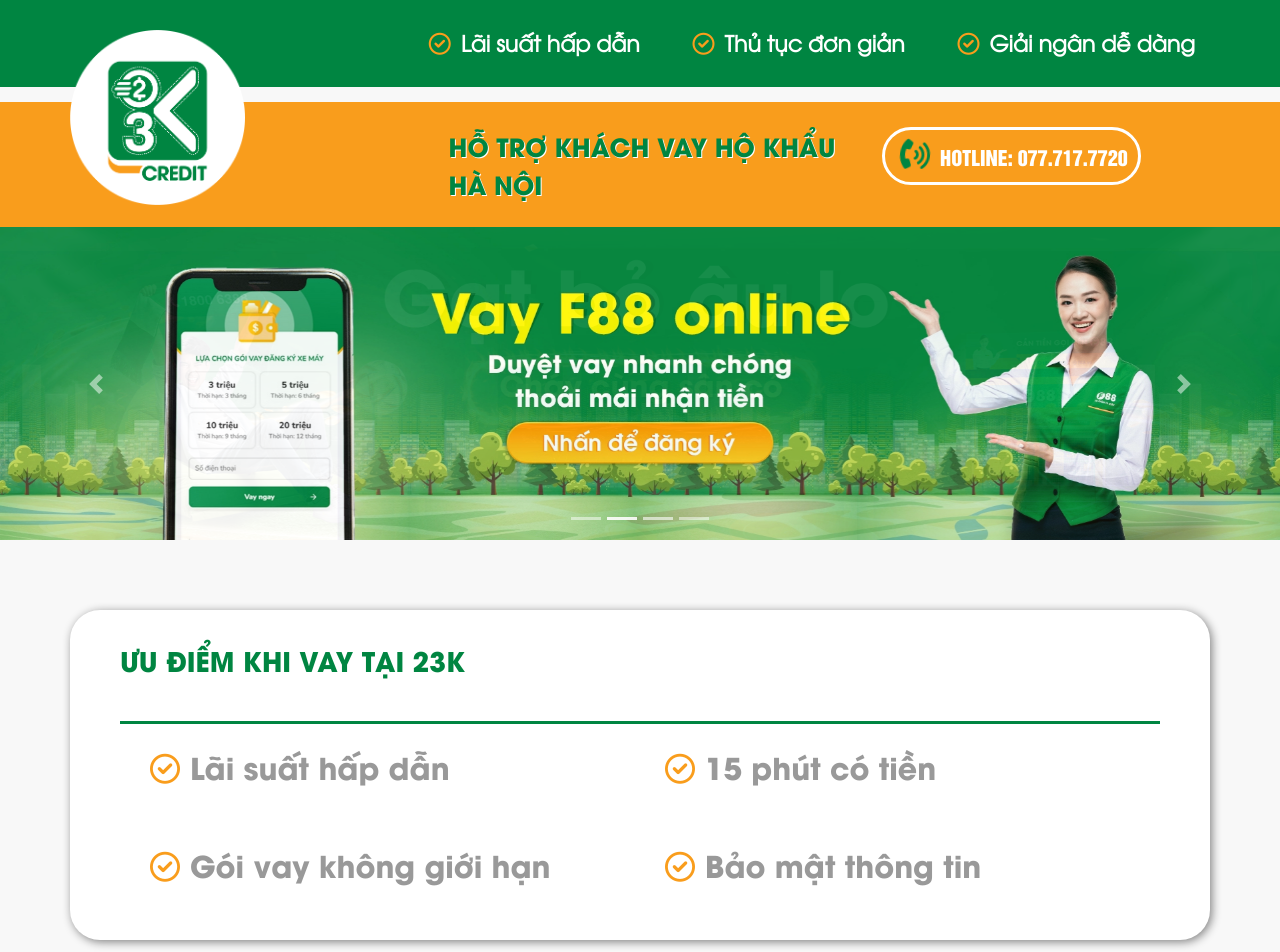
Repository: anhtu2110/23k.vn
Page: theme/index.html
An editor plug-in stored every save of this project. The page is shown before and after the next save, followed by the edit.
The browser window is 1280 px wide. The pictures show the part of the page from y = 0 to 952 px (the page is 1984 px tall).
A picture or video elsewhere on the page could not be fetched, so the positions and the page height are approximate.

Above is the page before, as saved 2022-12-29 21:35:15.

### theme/index.html
<!DOCTYPE html>
<html lang="en">

<head>
    <meta charset="UTF-8">
    <meta http-equiv="X-UA-Compatible" content="IE=edge">
    <meta name="viewport" content="width=device-width, initial-scale=1.0">
    <link rel="icon" type="image/x-icon" href="./public/images/footer_logo.png">
    <link rel="stylesheet" href="public/css/bootstrap/bootstrap-theme.css" type="text/css" />
    <link rel="stylesheet" href="public/css/bootstrap/bootstrap.css" type="text/css" />
    <link rel="stylesheet" href="public/reset.css" type="text/css" />
    <link rel="stylesheet" href="public/css/font-awesome/css/font-awesome.min.css">
    <link rel="stylesheet" href="https://cdnjs.cloudflare.com/ajax/libs/font-awesome/6.2.1/css/all.min.css">
    <link rel="stylesheet" href="public/style.css" type="text/css" />
    <link rel="stylesheet" href="public/responsive.css" type="text/css" />
    <title>23K</title>

    <script src="public/js/jquery-3.6.1.min.js"></script>
    <script src="public/js/bootstrap/bootstrap.min.js"></script>
    <script src="public/js/main.js"></script>
</head>

<body>
    <!-- test  -->
    <div id="wrapper">
        <div id="header">
            <div class="header-top">
                <div class="container">
                    <div class="logo">
                        <a href="" class="logo">
                            <img src="./public/images/LOGO.png" alt="">
                        </a>
                    </div>
                    <ul class="benefit">
                        <li class="benefit-item">Lãi suất hấp dẫn</li>
                        <li class="benefit-item">Thủ tục đơn giản </li>
                        <li class="benefit-item">Giải ngân dễ dàng</li>
                    </ul>
                </div>
            </div>
            <div class="header-bottom">
                <div class="container">
                    <div class="row">
                        <div class="col-md-1"></div>
                        <div class="col-md-6">
                            <span class="content text-uppercase">Hỗ trợ khách vay hộ khẩu hà nội</span>
                        </div>
                        <div class="col-md-5">
                            <a href="tel:0777177720" class="hotline text-decoration-none">
                                <span class="icon-phone"><i class="fa-solid fa-phone-volume animation-phone"></i></span>
                                <span>Hotline: 077.717.7720</span>
                            </a>
                        </div>
                    </div>
                    <!-- <span class="content text-uppercase">Hỗ trợ khách vay hộ khẩu hà nội</span> -->
                    <!-- <a href="tel:0777177720" class="hotline text-decoration-none">
                        <span class="icon-phone"><i class="fa-solid fa-phone-volume animation-phone"></i></span>
                        <span>Hotline: 077.717.7720</span>
                    </a> -->
                </div>
            </div>
        </div>
        <!-- END HEADER  -->
        <style>
            #banner img {
                max-width: 100%;
                height: auto;
            }
        </style>
        <div id="wp-content">
            <section class="home-banner">
                <div id="banner" class="banner carousel slide carousel-fade" data-ride="carousel">
                    <ol class="carousel-indicators">
                        <li data-target="#banner" class="active" data-slide-to="0"></li>
                        <li data-target="#banner" data-slide-to="1"></li>
                        <li data-target="#banner" data-slide-to="2"></li>
                        <li data-target="#banner" data-slide-to="3"></li>
                    </ol>
                    <div class="carousel-inner">
                        <div class="carousel-item active" data-interval="2500">
                            <a href="">
                                <img class="desktop" src="./public/images/20220511164418256-1920 x 470.jpg" alt="">
                            </a>
                        </div>
                        <div class="carousel-item" data-interval="2500">
                            <a href="">
                                <img class="desktop" src="./public/images/20221012100205330-f88 vay tiền destop.png"
                                    alt="">
                            </a>
                        </div>
                        <div class="carousel-item" data-interval="2500">
                            <a href="">
                                <img class="desktop"
                                    src="./public/images/20221118174037871-destop wc vay tiền tại f88.jpg" alt="">
                            </a>
                        </div>
                        <div class="carousel-item" data-interval="2500">
                            <a href="">
                                <img class="desktop" src="./public/images/slider_4.jpg" alt="">
                            </a>
                        </div>
                    </div>
                    <a href="#banner" class="carousel-control-prev" data-slide="prev">
                        <span class="carousel-control-prev-icon"></span>
                    </a>
                    <a href="#banner" class="carousel-control-next" data-slide="next">
                        <span class="carousel-control-next-icon"></span>
                    </a>
                </div>
            </section>
            <!-- END HOME-BANNER  -->
            <div id="advantages" class="container box">
                <div class="head-box">
                    <div class="row">
                        <div class="col-md-12">
                            <p class="title">Ưu điểm khi vay tại 23k</p>
                        </div>
                    </div>
                </div>
                <div class="list-advantage">
                    <div class="row justify-content-center">
                        <div class="col-md-6 col-12">
                            <p class="advantage">Lãi suất hấp dẫn</p>
                        </div>
                        <div class="col-md-6 col-12">
                            <p class="advantage">15 phút có tiền</p>
                        </div>
                        <div class="col-md-6 col-12">
                            <p class="advantage">Gói vay không giới hạn</p>
                        </div>
                        <div class="col-md-6 col-12">
                            <p class="advantage">Bảo mật thông tin</p>
                        </div>
                    </div>
                </div>
            </div>
            <!-- END ADVANTAGES  -->
            <div id="should-choose" class="container box">
                <div class="head-box">
                    <div class="row">
                        <div class="col-md-12">
                            <p class="title">Bạn nên chọn 23k</p>
                        </div>
                    </div>
                </div>
                <ul class="list-reason">
                    <li class="reason-item">
                        <a href=""><img src="./public/images/thu_tuc.png" alt=""></a>
                        <p>Thủ tục đơn giản chỉ cần CCCD & sổ hộ khẩu Hà Nội</p>
                    </li>
                    <li class="reason-item">
                        <a href=""><img src="./public/images/tham_dinh.png" alt=""></a>
                        <p>
                            Thẩm định nhanh chóng linh hoạt
                        </p>
                    </li>
                    <li class="reason-item">
                        <a href=""><img src="./public/images//lai_suat.png" alt=""></a>
                        <p>Lãi suất ưu đãi nhất Hà Nội</p>
                    </li>
                    <li class="reason-item">
                        <a href=""><img src="./public/images/tu_van.png" alt=""></a>
                        <p>Đăng ký tư vấn online dễ dàng</p>
                    </li>
                    <li class="reason-item">
                        <a href=""><img src="./public/images/bao_mat.png" alt=""></a>
                        <p>Bảo mật thông tin khách hàng</p>
                    </li>
                </ul>
            </div>
        </div>
        <!-- END WP-CONTENT  -->
        <div id="footer">
            <div id="footer-top">
                <div class="container">
                    <div class="row">
                        <div class="footer-top-content col-12">
                            <span class="footer-thank">Trân trọng cảm ơn quý khách !</span>
                            <a href="tel:0777177720" class="hotline text-decoration-none">
                                <span class="icon-phone"><i class="fa-solid fa-phone-volume animation-phone"></i></span>
                                <span>Hotline: 077.717.7720</span>
                            </a>
                        </div>
                    </div>
                </div>
            </div>
            <!-- END FOOTER-TOP  -->
            <div id="footer-bottom">
                <div class="container">
                    <div class="row no-gutters">
                        <div class="footer-logo col-md-4">
                            <a href="" class="logo">
                                <img src="./public/images/footer_logo.png" alt="">
                            </a>
                        </div>
                        <div class="footer-info-contact">
                            <p>Thông tin liên hệ</p>
                            <ul class="list-info-contact">
                                <li class="info-contact-item"><a href=""><i class="fa-solid fa-location-dot"></i>252 Đ.
                                        Lạc Long
                                        Quân, Bưởi, Cầu Giấy, Hà Nội, Việt Nam</a></li>
                                <li class="info-contact-item"><a href=""><i class="fa-solid fa-phone"></i>HOTLINE:
                                        0777.170.720</a></li>
                                <li class="info-contact-item"><a href=""><i
                                            class="fa-brands fa-square-facebook"></i>www.facebook.com/groups/taichinh23k</a>
                                </li>
                            </ul>
                        </div>
                    </div>
                </div>
            </div>
            <div class="container">
                <div class="row">
                    <div class="col-md-4">xin chaof</div>
                    <div class="col-md-4">xin chaof</div>
                    <div class="col-md-4">xin chào</div>
                </div>
            </div>

            <!-- END FOOTER-BOTTOM  -->
        </div>
        <!-- END FOOTER  -->
    </div>
</body>

</html>

### theme/public/style.css
@import '../public/css/import/fonts.css';
@import '../public/css/import/global.css';
@import '../public/css/import/header.css';
@import '../public/css/import/footer.css';
@import '../public/css/import/register.css';

### theme/public/responsive.css
@media (max-width: 1199px) {
    html {
        font-size: 5.333px;
        /* font-size: 8px; */
    }
}

@media (max-width: 767px) {
    html {
        font-size: 10px;
    }
}

### theme/public/css/import/fonts.css
@font-face {
    font-family: 'Leelawadee UI Bold';
    src: url('../../font/leelawdb.ttf');
}

@font-face {
    font-family: 'Montserrat-SemiBold';
    src: url('../../font/Montserrat-SemiBold.ttf');
}

@font-face {
    font-family: 'UTM Avo';
    src: url('../../font/UTM\ Avo.ttf');
}

@font-face {
    font-family: 'UTM AvoBold_Italic';
    src: url('../../font/UTM\ AvoBold_Italic.ttf');
}

@font-face {
    font-family: 'UTM AvoBold';
    src: url('../../font/UTM\ AvoBold.ttf');
}

@font-face {
    font-family: 'UTM AvoItalic';
    src: url('../../font/UTM\ AvoItalic.ttf');
}

@font-face {
    font-family: 'UTM HelvetIns';
    src: url('../../font/UTM\ HelvetIns.ttf');
}

### theme/public/css/import/global.css
:root {
    --bg-page: #F8F8F8;
    --bg-green: #008541;
    --bg-white: #FFFFFF;
    --bg-orange: #F99D1C;
    --bg-gray: #666666;
}

a {
    text-decoration: none !important;
}

ul {
    padding: 0;
    margin: 0;
}

html {
    font-size: 62.5%;
}

body {
    background-color: var(--bg-page);
}

.head-box {
    padding-bottom: 3rem;
    padding-top: 1rem;
    border-bottom: 3px solid var(--bg-green);
}

p.title {
    font-size: 2.7rem;
    font-family: 'UTM AvoBold';
    color: var(--bg-green);
    text-transform: uppercase;
}

.box {
    background-color: var(--bg-white);
    padding: 2rem 5rem;
    box-shadow: 2px 2px 10px gray;
    border-radius: 3rem;
    z-index: 1;
}

a.hotline {
    display: inline-block;
    font-size: 2rem;
    font-family: 'UTM HelvetIns';
    text-transform: uppercase;
    color: var(--bg-white);
    padding: 1rem 1rem;
    border: 0.3rem solid var(--bg-white);
    border-radius: 100rem;
    margin-left: 1rem;
    overflow: hidden;
}

a.hotline span.icon-phone i {
    font-size: 3rem;
    color: var(--bg-green);
    padding-inline: 0.5rem;
}

.animation-phone {
    animation-name: trin;
    animation-duration: 1.5s;
    animation-iteration-count: infinite;
    animation-timing-function: linear;
}

@keyframes trin {

    from {
        transform: rotate3d(0, 0, 1, 0deg);
    }

    20%,
    32%,
    44%,
    56%,
    68% {
        transform: rotate3d(0, 0, 1, 0deg);
    }

    23%,
    35%,
    47%,
    59%,
    71% {
        transform: rotate3d(0, 0, 1, 15deg);
    }

    26%,
    38%,
    50%,
    62%,
    74% {
        transform: rotate3d(0, 0, 1, 0deg);
    }

    29%,
    41%,
    53%,
    65%,
    77% {
        transform: rotate3d(0, 0, 1, -15deg);
    }

    80% {
        transform: rotate3d(0, 0, 1, 0deg);
    }

}

### theme/public/css/import/header.css
.header-top {
    background-color: var(--bg-green);
    margin-bottom: 1.5rem;
}

.header-top .container {
    position: relative;
    display: flex;
    justify-content: flex-end;
}

#header .logo {
    position: absolute;
    top: 1.5rem;
    left: 0;
    border-radius: 10rem;
}

#header .logo a.logo img {
    width: 17.5rem;
    height: auto;
}

ul.benefit li.benefit-item {
    display: inline-block;
    font-size: 2.2rem;
    color: red;
    font-family: 'UTM Avo';
    font-weight: 600;
    color: var(--bg-white);
    padding: 2.6rem 2rem;
}

ul.benefit li.benefit-item:last-child {
    padding-right: 0;
}

ul.benefit li.benefit-item::before {
    display: inline-block;
    content: '\f058';
    font-family: "Font Awesome 6 Free";
    -webkit-font-smoothing: antialiased;
    font-weight: normal;
    color: #F99D1C;
    padding-inline: 1rem;
}

/* ul.benefit li.benefit-item i {
    display: inline-block;
    padding-inline: 1rem;
    color: #F99D1C;
} */

/* END HEADER TOP  */
.header-bottom {
    height: 12.5rem;
    background-color: var(--bg-orange);
    display: flex;
    align-items: center;
}

.header-bottom .container {
    display: flex;
    align-items: center;
    /* justify-content: end; */
    justify-content: right;
}

.header-bottom .content {
    font-size: 2.5rem;
    font-family: 'UTM AvoBold';
    color: var(--bg-green);
    text-shadow: 1px 1px var(--bg-white);
    /* flex-basis: 50%; */
    width: fit-content;
}

### theme/public/css/import/footer.css
#footer #footer-top {
    background-color: var(--bg-green);
    padding-block: 3rem;
}

#footer #footer-top .footer-top-content {
    display: flex;
    justify-content: space-between;
}

#footer #footer-top .footer-top-content span.footer-thank {
    font-size: 3.8rem;
    color: var(--bg-white);
    font-family: 'UTM AvoBold';
    text-transform: uppercase;
    margin-left: -1.5rem;
}

#footer #footer-top .footer-top-content a.hotline {
    /* border: none; */
    background-color: var(--bg-orange);
    margin-right: -1.5rem;
}

/* END FOOTER-TOP  */
#footer #footer-bottom .footer-logo a.logo img {
    display: block;
    max-width: 18rem;
    height: auto;
}

#footer #footer-bottom {
    padding-block: 4rem;
}

.footer-info-contact {
    font-size: 2.6rem;
    color: var(--bg-gray);
}

.footer-info-contact p {
    padding-block: 1rem;
    border-bottom: 0.2rem solid var(--bg-green);
}

ul.list-info-contact {
    list-style: none;
    padding: 0;
    margin: 0;
}

ul.list-info-contact li a {
    color: var(--bg-gray);
}

ul.list-info-contact i {
    display: inline-block;
    width: 3rem;
    height: auto;
}

### theme/public/css/import/register.css
#wp-content {
    margin-bottom: 8rem;
}

#advantages {
    margin-block: 7rem;
}

#advantages .list-advantage {
    margin-inline: 2rem;
}

#advantages p.advantage {
    font-size: 3rem;
    color: #999999;
    font-family: 'UTM AvoBold';
    padding-block: 2rem;
}

#advantages p.advantage::before {
    display: inline-block;
    content: '\f058';
    font-family: "Font Awesome 6 Free";
    -webkit-font-smoothing: antialiased;
    font-weight: normal;
    color: var(--bg-orange);
    padding-inline: 1rem;
}

/* END ADVANTAGE  */
#should-choose ul.list-reason {
    list-style: none;
    padding: 0;
    margin: 0;
    display: flex;
    align-items: center;
    text-align: center;
}

#should-choose ul.list-reason li.reason-item {
    flex-basis: 20%;
    padding: 2rem;
}

#should-choose ul.list-reason li a {
    display: block;
    width: 100%;
    height: 16rem;
}

#should-choose ul.list-reason li a img {
    display: inline-block;
    width: 15rem;
    height: auto;
}

#should-choose ul.list-reason li.reason-item p {
    font-size: 2rem;
    font-family: "UTM Avo";
    color: #808080;
}

Loaded but not shown: theme/public/css/bootstrap/bootstrap-theme.css (library); theme/public/css/bootstrap/bootstrap.css (library); theme/public/reset.css (common file); theme/public/css/font-awesome/css/font-awesome.min.css (library); theme/public/js/jquery-3.6.1.min.js (library); theme/public/js/bootstrap/bootstrap.min.js (library); theme/public/js/main.js (no copy from this time; the picture is the same without it)

After the next save:
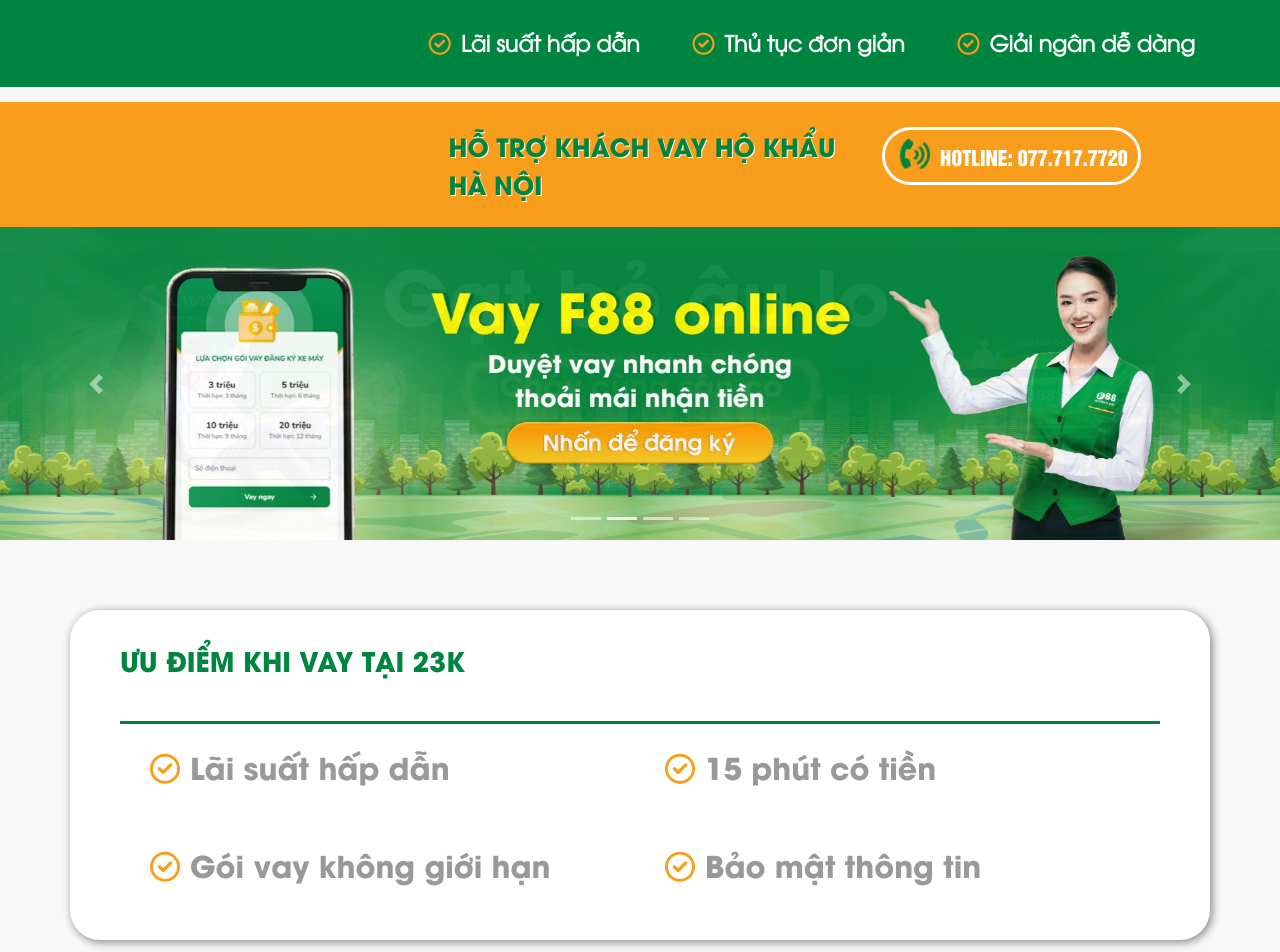
Saved 39 s later.
--- a/theme/index.html
+++ b/theme/index.html
@@ -26,11 +26,11 @@
         <div id="header">
             <div class="header-top">
                 <div class="container">
-                    <div class="logo">
+                    <!-- <div class="logo">
                         <a href="" class="logo">
                             <img src="./public/images/LOGO.png" alt="">
                         </a>
-                    </div>
+                    </div> -->
                     <ul class="benefit">
                         <li class="benefit-item">Lãi suất hấp dẫn</li>
                         <li class="benefit-item">Thủ tục đơn giản </li>
